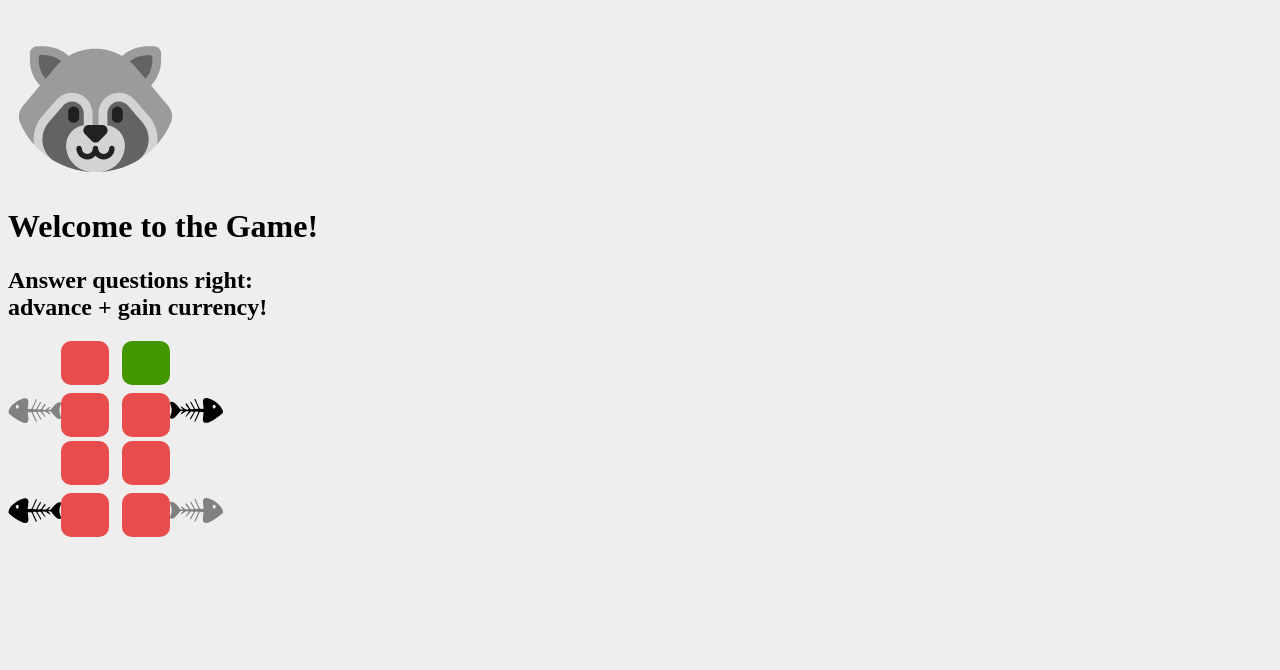
Repository: alemunden/Trash-Scavengers
Page: /QuizTutorial
An editor plug-in stored every save of this project. The page is shown before and after the next save, followed by the edit.
The browser window is 1280 px wide. The pictures show the whole page.
The project was rebuilt for these pictures with package versions that can differ from the ones it lists, and the page was loaded fresh each time. The framework's server and built-in components were replaced by stand-ins that run in the browser. Also part of the build but not shown: next.config.mjs, styles/QuizTutorial.module.css.

Above is the page before, as saved 2024-04-08 11:24:47.

After the next save:
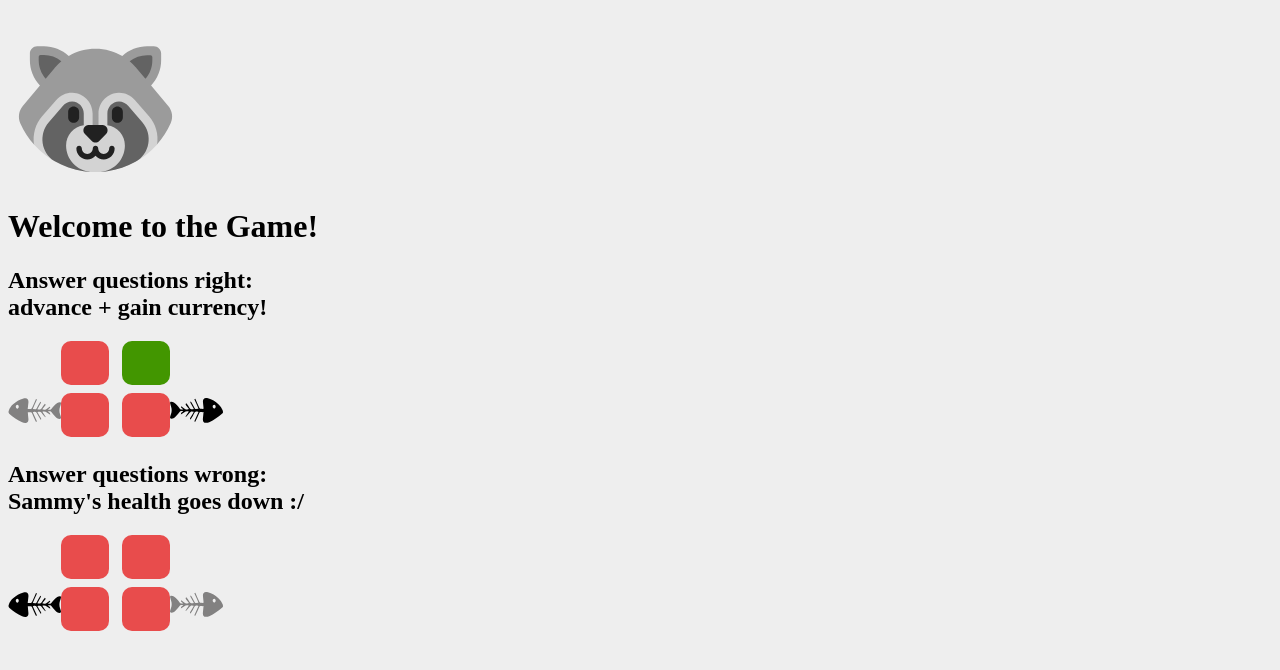
Saved 69 s later.
--- a/pages/QuizTutorial.js
+++ b/pages/QuizTutorial.js
@@ -17,9 +17,12 @@ export default function QuizTutorial() {
                 </div>
             </div>
             <div>
+                <h2>Answer questions wrong:<br/>Sammy's health goes down :/</h2>
+                <div>
                 <Image src={'/fishboneblackleft.svg'} width={53} height={53} alt='A vector drawing of a fish skeleton.'/>
                 <Image src={'/squaresincorrect.svg'} width={109} height={96} alt='Four red squares displayed in rows of two.'/>
                 <Image src={'/fishbonegreyright.svg'} width={53} height={53} alt='A vector drawing of a fish skeleton.'/>
+                </div>
             </div>
         </>
     )
